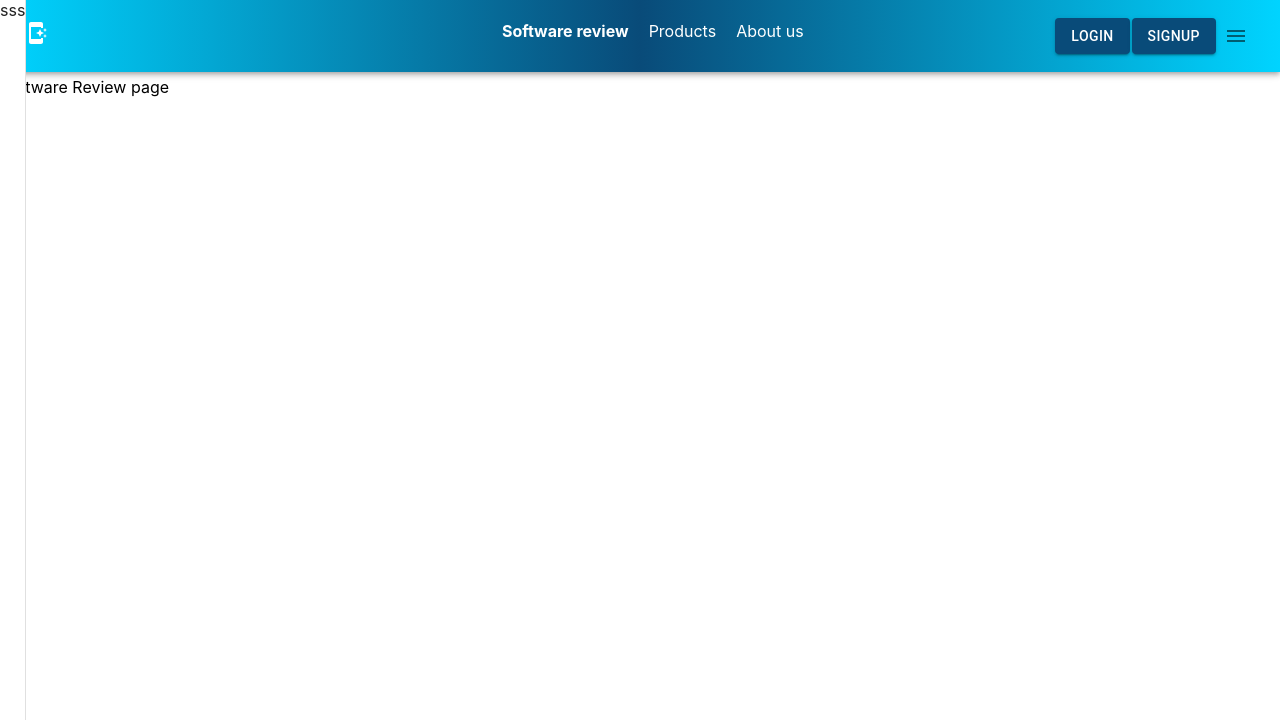
Repository: Alaa-M1/phoenix-products-reactjs-mui
Page: /
The author's editor kept a copy of each file at every save. The page is drawn from the files as they stood at one save, then again after the next save.
The browser window is 1280 px wide. The pictures show the whole page.
The project was rebuilt for these pictures with package versions that can differ from the ones it lists, and the page was loaded fresh each time. Also part of the build but not shown: src/App.css, src/pages/Products/index.tsx, src/pages/AboutUs/index.tsx.

Above is the page before, as saved 2023-04-18 18:43:04.

### src/App.tsx
import React from "react";
import "./App.css";
import { Routes, Route } from "react-router-dom";
import SoftwareReview from "pages/SoftwareReview";
import Products from "pages/Products";
import AboutUs from "pages/AboutUs";
import AppLayout from "pages/AppLayout";
import { linksDetails } from "shared";

function App() {
  return (
    <Routes>
      <Route path="/" element={<AppLayout links={linksDetails} />}>
        <Route index element={<SoftwareReview />}></Route>
        <Route path="/products" element={<Products />}></Route>
        <Route path="/about-us" element={<AboutUs />}></Route>
      </Route>
    </Routes>
  );
}

export default App;

### src/pages/SoftwareReview/index.tsx
const SoftwareReview = () => {
  return <div>Software Review page</div>;
};

export default SoftwareReview;

### src/pages/AppLayout/index.tsx
import React from "react";
import { AppBar, Toolbar, Grid, Typography, Button, Box } from "@mui/material";
import AppShortcutIcon from "@mui/icons-material/AppShortcut";
import { Outlet, useLocation } from "react-router-dom";
import { StyledLink, StyledNav, linksDetails } from "shared";
import { AppLayoutProps } from "./types";
import CustomDrawer from "./components/CustomDrawer";

const AppLayout = ({ links }: AppLayoutProps) => {
  const { pathname } = useLocation();
  return (
    <>
      <AppBar
        sx={{
          position: "relative",
          backgroundImage:
            "linear-gradient(90deg,rgba(0, 212, 255, 1) 0%,rgba(9, 75, 121, 1) 50%,rgba(0, 212, 255, 1) 100%)",
          marginBottom: "5px",
        }}
      >
        <Toolbar>
          <Grid container style={{ placeItems: "center" }}>
            <Grid item xs={2}>
              <Typography>
                <AppShortcutIcon />
              </Typography>
            </Grid>
            <Grid item xs={6}>
              <StyledNav>
                <ul>
                  {links.map((link, index) => (
                    <li key={index}>
                      <StyledLink
                        to={link.path}
                        isActive={pathname === link.path}
                      >
                        {link.label}
                      </StyledLink>
                    </li>
                  ))}
                </ul>
              </StyledNav>
            </Grid>
            <Grid item xs={1} />
            <Grid item xs={3}>
              <Box sx={{ display: "flex" }}>
                <Button
                  sx={{
                    marginLeft: "auto",
                    backgroundColor: "rgba(9,75,121,1)",
                  }}
                  variant="contained"
                >
                  Login
                </Button>
                <Button
                  sx={{
                    marginLeft: "2px",
                    backgroundColor: "rgba(9,75,121,1)",
                  }}
                  variant="contained"
                >
                  Signup
                </Button>
              </Box>
            </Grid>
          </Grid>
          <CustomDrawer links={linksDetails}/>
        </Toolbar>
      </AppBar>
      <main>
        <Outlet />
      </main>
    </>
  );
};

export default AppLayout;

### src/shared/index.ts
export * from './StyledNav';
export * from './StyledLink';
export * from './linksDetails';

### src/pages/AppLayout/components/CustomDrawer.tsx
import { CustomDrawerProps } from "../types";
import Drawer from "@mui/material/Drawer";
import {
  List,
  ListItemButton,
  ListItemIcon,
  ListItemText,
  IconButton,
} from "@mui/material";
import { useState } from "react";
import MenuOutlinedIcon from "@mui/icons-material/MenuOutlined";
const CustomDrawer = ({ links }: CustomDrawerProps) => {
  const [open, setOpen] = useState(false);
  return (
    <>
      <Drawer
        open={false}
        variant="permanent"
        anchor="left"
        onClose={() => setOpen(false)}
      >
        <div>sss</div>
      </Drawer>
      <IconButton aria-label="Open menu drawer" onClick={() => setOpen(true)}>
        <MenuOutlinedIcon></MenuOutlinedIcon>
      </IconButton>
    </>
  );
};

export default CustomDrawer;

### src/shared/StyledNav.tsx
import styled from "styled-components";

const StyledNav = styled.nav`
padding: 5px;
display: flex;
margin-bottom: 10px;
ul {
  display: inline-block;
  width: auto;
  margin-left: auto;
}
li {
  margin-left: auto;
  display: inline-block;
  margin: 0px 10px;
  list-style: none;
}
`;

export {StyledNav}

### src/shared/StyledLink.tsx
import { Link, LinkProps } from "react-router-dom";
import styled from "styled-components";

type LinkComponentProps = LinkProps &
  React.RefAttributes<HTMLAnchorElement> & {
    isActive: boolean;
  };
const LinkComponent = (props: LinkComponentProps) => {
  return <Link {...props}></Link>;
};
const StyledLink = styled(LinkComponent)`
  font-weight: ${(p) => (p.isActive ? "bold" : "normal")};
  color:#fff;
  text-decoration: none;
  a {
    text-decoration: none;
  }
`;

export { StyledLink };

### src/shared/linksDetails.ts
import { LinkInfo } from "types";

export const linksDetails: Array<LinkInfo> = [
    { label: "Software review", path: "/" },
    { label: "Products", path: "/products" },
    { label: "About us", path: "/about-us" },
  ];

Loaded but not shown: public/index.html (common file); src/index.tsx (common file); src/index.css (common file); src/reportWebVitals.ts (common file)

After the next save:
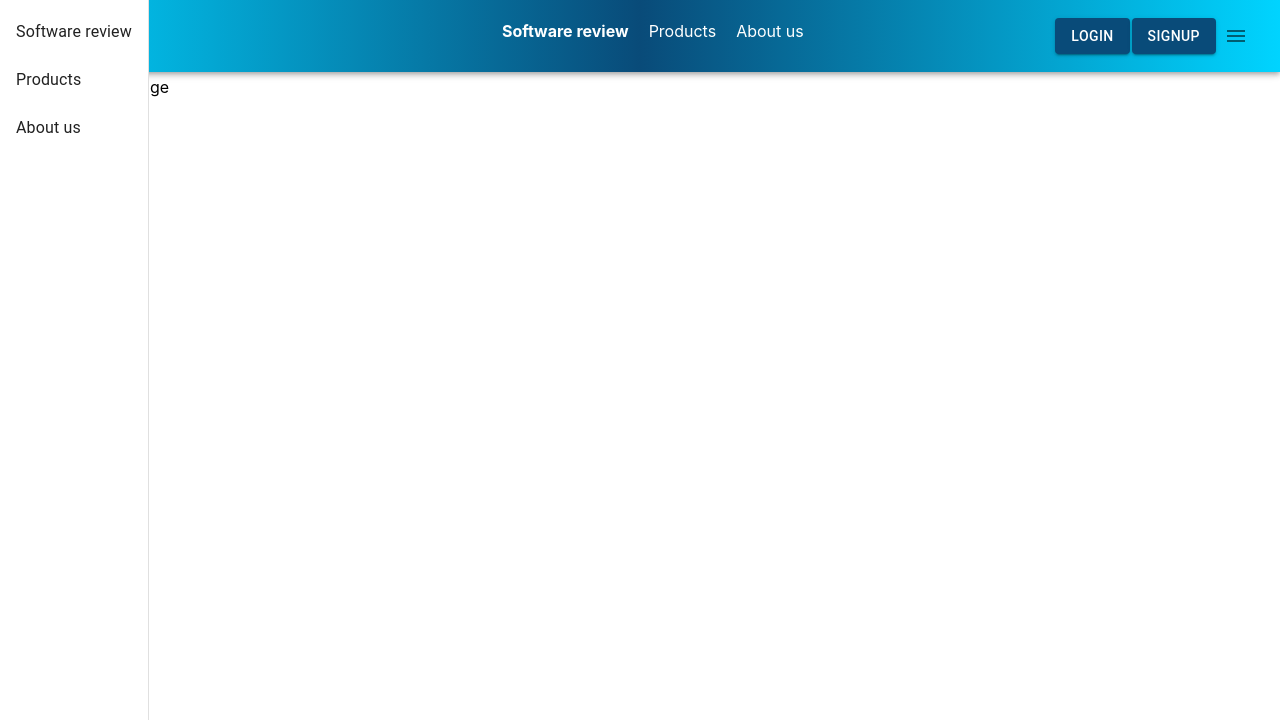
Saved 8 s later.
--- a/src/pages/AppLayout/components/CustomDrawer.tsx
+++ b/src/pages/AppLayout/components/CustomDrawer.tsx
@@ -19,7 +19,16 @@ const CustomDrawer = ({ links }: CustomDrawerProps) => {
         anchor="left"
         onClose={() => setOpen(false)}
       >
-        <div>sss</div>
+        <List>
+          {links.map((link, index) => (
+            <ListItemButton key={index}>
+              {/* <ListItemIcon>
+                    <ReviewsIcon></ReviewsIcon>
+                  </ListItemIcon> */}
+              <ListItemText>{link.label}</ListItemText>
+            </ListItemButton>
+          ))}
+        </List>
       </Drawer>
       <IconButton aria-label="Open menu drawer" onClick={() => setOpen(true)}>
         <MenuOutlinedIcon></MenuOutlinedIcon>
